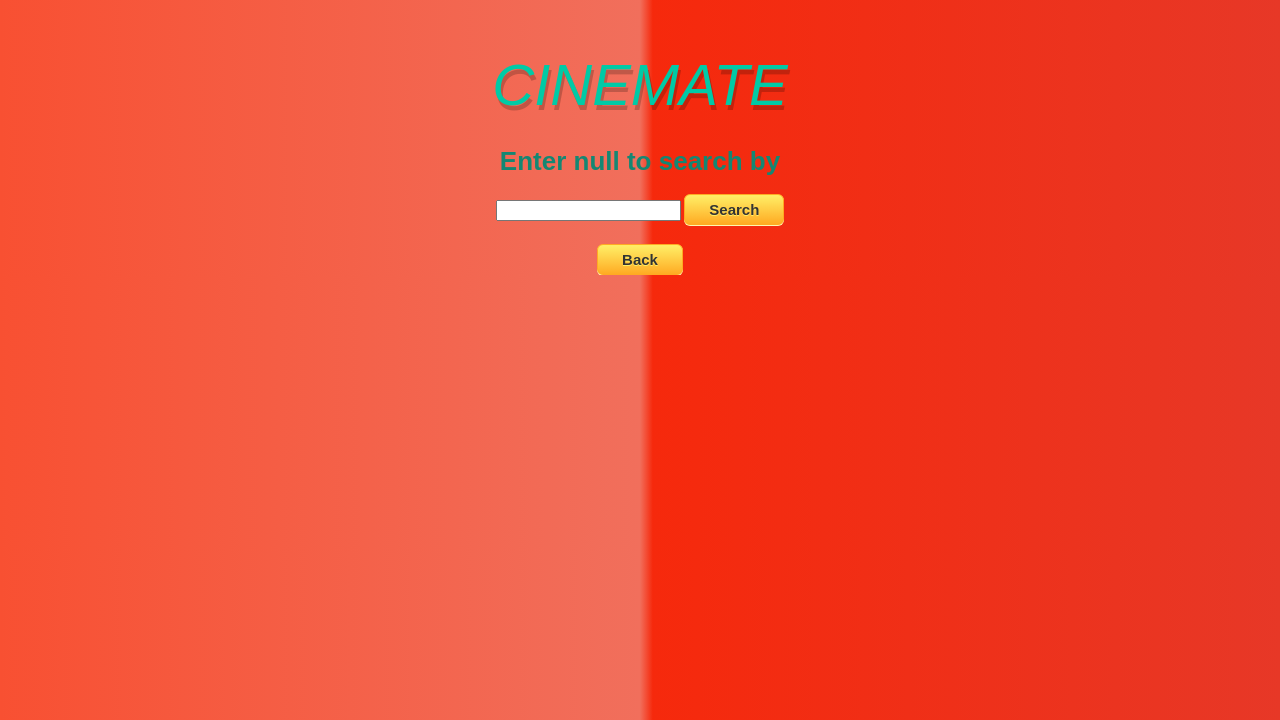
Repository: ir1998/cs201
Page: http://localhost/Assignment2/moviesBy.jsp
The author's editor kept a copy of each file at every save. The page is drawn from the files as they stood at one save, then again after the next save.
The browser window is 1280 px wide. The pictures show the whole page.
The page is served by Tomcat 9. Other server files are loaded and not shown.

Above is the page before, as saved 2017-02-12 21:33:13.

### Assignment2/WebContent/moviesBy.jsp
<%@ page language="java" contentType="text/html; charset=UTF-8"
    pageEncoding="UTF-8"%>
<%@ page import="data.Movie,java.util.Set" %>
<!DOCTYPE html PUBLIC "-//W3C//DTD HTML 4.01 Transitional//EN" "http://www.w3.org/TR/html4/loose.dtd">
<html>
<head>
<meta http-equiv="Content-Type" content="text/html; charset=UTF-8">
<link rel="stylesheet" href="main.css">
</head>
<body bgcolor="#E6E6FA">
<h1 id="Title1" >Cinemate</h1>
<h2 id="Title2" >Enter <%out.print(session.getAttribute("moviesBy")); %> to search by</h2>
</head>
<body>
	<form id="form1" method="GET" action="MovieSearchServlet">
		<div id="ButtonHolder">
			<input type="text" name="searchedMovie">
			<input id="MyButton" type="submit" value="Search" name="searchMovie">
		</div>
		<br>
		<div id="ButtonHolder">
			<input id="MyButton" type="submit" value="Back" name="back">
		</div>
	</form>
<%	if(session.getAttribute("searchResults") != null){%>
		<% Set<Movie> movieResults = (Set<Movie>)session.getAttribute("searchResults"); %>
		<div id="ResultsBox">
			<h4 id="Title3">Search Results</h4>
			<% for(Movie m: movieResults){%>
				<h4 id="Results"> <%out.print(m.getTitle());%> </h4>
			<%}
			session.setAttribute("searchResults", null); %>
		</div>
	<%}else if(session.getAttribute("multipleSearch") != null) {%>
			<div id="ResultsBox">
				<h4 id="Title3">No Search Results Found</h4>
			</div>
	<%}%>
</body>
</html>

### Assignment2/WebContent/main.css
@CHARSET "UTF-8";

html, body {
	margin: 0;
	padding: 0;
	overflow: hidden;
	font-family: HelveticaNeue, Helvetica, Arial, sans-serif;
	font-size: 13px;
	-webkit-font-smoothing:antialiased;
	text-rendering:optimizeLegibility;
	box-sizing: border-box;


	background: rgba(248,80,50,1);
	background: -moz-linear-gradient(left, rgba(248,80,50,1) 0%, rgba(241,111,92,1) 50%, rgba(246,41,12,1) 51%, rgba(240,47,23,1) 71%, rgba(231,56,39,1) 100%);
	background: -webkit-gradient(left top, right top, color-stop(0%, rgba(248,80,50,1)), color-stop(50%, rgba(241,111,92,1)), color-stop(51%, rgba(246,41,12,1)), color-stop(71%, rgba(240,47,23,1)), color-stop(100%, rgba(231,56,39,1)));
	background: -webkit-linear-gradient(left, rgba(248,80,50,1) 0%, rgba(241,111,92,1) 50%, rgba(246,41,12,1) 51%, rgba(240,47,23,1) 71%, rgba(231,56,39,1) 100%);
	background: -o-linear-gradient(left, rgba(248,80,50,1) 0%, rgba(241,111,92,1) 50%, rgba(246,41,12,1) 51%, rgba(240,47,23,1) 71%, rgba(231,56,39,1) 100%);
	background: -ms-linear-gradient(left, rgba(248,80,50,1) 0%, rgba(241,111,92,1) 50%, rgba(246,41,12,1) 51%, rgba(240,47,23,1) 71%, rgba(231,56,39,1) 100%);
	background: linear-gradient(to right, rgba(248,80,50,1) 0%, rgba(241,111,92,1) 50%, rgba(246,41,12,1) 51%, rgba(240,47,23,1) 71%, rgba(231,56,39,1) 100%);
	filter: progid:DXImageTransform.Microsoft.gradient( startColorstr='#f85032', endColorstr='#e73827', GradientType=1 );
}

#Title1 {
	margin: 1em 0 0.5em 0;
	font-weight: 100;
	text-transform: uppercase;
	color: #00caa6;
	font-style: italic;
	font-family: 'Josefin Sans', sans-serif;
	font-size: 58px;
	line-height: 54px;
	text-shadow: 2px 5px 0 rgba(0,0,0,0.2);
	text-align:center;
}

#Title2 {
	margin: 1em 0 0.5em 0;
	color: #148773;
	font-size: 26px;
	line-height: 40px;
	font-weight: bold;
	font-family: 'Josefin Sans', sans-serif;
	text-align:center;
}

#Title3 {
	margin: 1em 0 0.5em 0;
	color: #343434;
	font-size: 22px;
	line-height: 40px;
	font-weight: 100;
	text-transform: uppercase;
	font-family: 'Josefin Sans', sans-serif;
	letter-spacing: 1px;
	font-style: italic;
	text-align:center;
}

#Title4 {
	margin: 1em 0 0.5em 0;
	color: #343434;
	font-size: 18px;
	line-height: 20px;
	font-weight: bold;
	font-family: 'Josefin Sans', sans-serif;
	text-align:center;
}

#InfoBox{
	border-style: outset;
}



#MyButton {
	-moz-box-shadow: 0px 1px 0px 0px #fff6af;
	-webkit-box-shadow: 0px 1px 0px 0px #fff6af;
	box-shadow: 0px 1px 0px 0px #fff6af;
	background:-webkit-gradient(linear, left top, left bottom, color-stop(0.05, #ffec64), color-stop(1, #ffab23));
	background:-moz-linear-gradient(top, #ffec64 5%, #ffab23 100%);
	background:-webkit-linear-gradient(top, #ffec64 5%, #ffab23 100%);
	background:-o-linear-gradient(top, #ffec64 5%, #ffab23 100%);
	background:-ms-linear-gradient(top, #ffec64 5%, #ffab23 100%);
	background:linear-gradient(to bottom, #ffec64 5%, #ffab23 100%);
	filter:progid:DXImageTransform.Microsoft.gradient(startColorstr='#ffec64', endColorstr='#ffab23',GradientType=0);
	background-color:#ffec64;
	-moz-border-radius:6px;
	-webkit-border-radius:6px;
	border-radius:6px;
	border:1px solid #ffaa22;
	display:inline-block;
	cursor:pointer;
	color:#333333;
	font-family:Arial;
	font-size:15px;
	font-weight:bold;
	padding:6px 24px;
	text-decoration:none;
	text-shadow:0px 1px 0px #ffee66;
	text-align:center;
}
#MyButton:hover {
	background:-webkit-gradient(linear, left top, left bottom, color-stop(0.05, #ffab23), color-stop(1, #ffec64));
	background:-moz-linear-gradient(top, #ffab23 5%, #ffec64 100%);
	background:-webkit-linear-gradient(top, #ffab23 5%, #ffec64 100%);
	background:-o-linear-gradient(top, #ffab23 5%, #ffec64 100%);
	background:-ms-linear-gradient(top, #ffab23 5%, #ffec64 100%);
	background:linear-gradient(to bottom, #ffab23 5%, #ffec64 100%);
	filter:progid:DXImageTransform.Microsoft.gradient(startColorstr='#ffab23', endColorstr='#ffec64',GradientType=0);
	background-color:#ffab23;
	text-align:center;
}
#MyButton:active {
	top:1px;
	text-align:center;
}

#ButtonHolder{ text-align: center; }

#ResultsBox{
	margin: 1em 0 0.5em 0;
	color: #343434;
	font-size: 18px;
	line-height: 20px;
	font-weight: bold;
	font-family: 'Josefin Sans', sans-serif;
	text-align:center;
	overflow-y: scroll;
	height:400px;
	text-align:center;
}

#Results{
	margin: 1em 0 0.5em 0;
	color: #343434;
	font-size: 18px;
	line-height: 20px;
	font-weight: bold;
	font-family: 'Josefin Sans', sans-serif;
	text-align:center;
	overflow-y: scroll;
	height:30px;
	text-align:center;
}
#Results:hover {
	background:-webkit-gradient(linear, left top, left bottom, color-stop(0.05, #ffab23), color-stop(1, #ffec64));
	background:-moz-linear-gradient(top, #ffab23 5%, #ffec64 100%);
	background:-webkit-linear-gradient(top, #ffab23 5%, #ffec64 100%);
	background:-o-linear-gradient(top, #ffab23 5%, #ffec64 100%);
	background:-ms-linear-gradient(top, #ffab23 5%, #ffec64 100%);
	background:linear-gradient(to bottom, #ffab23 5%, #ffec64 100%);
	filter:progid:DXImageTransform.Microsoft.gradient(startColorstr='#ffab23', endColorstr='#ffec64',GradientType=0);
	background-color:#ffab23;
	text-align:center;
}
#Results:active {
	top:1px;
	text-align:center;
}

After the next save:
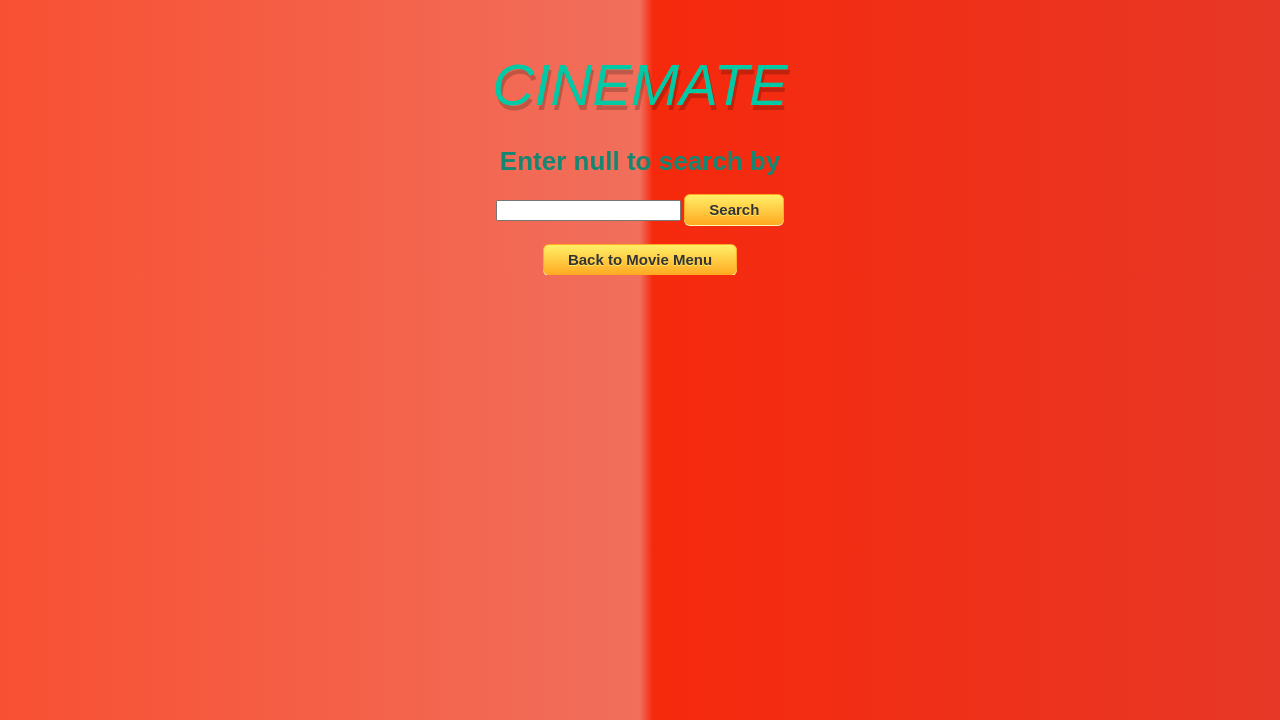
Saved 60 s later.
--- a/Assignment2/WebContent/moviesBy.jsp
+++ b/Assignment2/WebContent/moviesBy.jsp
@@ -19,7 +19,7 @@
 		</div>
 		<br>
 		<div id="ButtonHolder">
-			<input id="MyButton" type="submit" value="Back" name="back">
+			<input id="MyButton" type="submit" value="Back to Movie Menu" name="back">
 		</div>
 	</form>
 <%	if(session.getAttribute("searchResults") != null){%>
